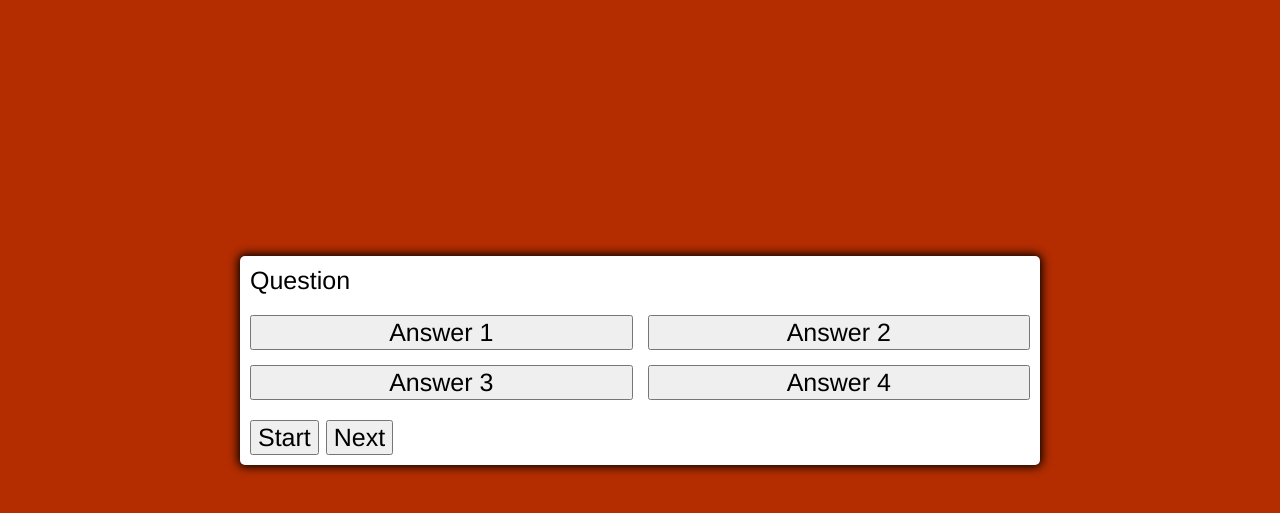
Repository: Vshepard879/Code-Quiz
Page: index.html
The author's editor kept a copy of each file at every save. The page is drawn from the files as they stood at one save, then again after the next save.
The browser window is 1280 px wide. The pictures show the whole page.

Above is the page before, as saved 2022-03-18 02:03:30.

### index.html
<!DOCTYPE html>
<html lang="en">
<head>
    <meta charset="UTF-8">
    <meta http-equiv="X-UA-Compatible" content="IE=edge">
    <meta name="viewport" content="width=device-width, initial-scale=1.0">
    <link href="./assets/css/style.css" link rel="stylesheet">
    <script defer src="./assets/js/script.js"></script>
    <title>Quiz App</title>
</head>
<body>
    <div class="container">
        <div id="question-container" class="hide">
            <div id="question-container" class="hide">
                <div id="question">Question</div>
                <div id="answer-buttons" class="btn-grid">
                <button class="btn">Answer 1</button>
                <button class="btn">Answer 2</button>
                <button class="btn">Answer 3</button>
                <button class="btn">Answer 4</button>
            </div>
        </div>
        <div class="controls">
            <button id="start-btn" class="start-btn btn">Start</button>
            <button id="next-btn" class="next-btn btn hide">Next</button>
        </div>
    </div>
</body>
</html>

### assets/css/style.css
*, *::before, *::after {
    box-sizing: border-box;
    font-family: 'Franklin Gothic Medium', 'Arial Narrow', Arial, sans-serif;
    font-size: 25px;
}

:root {
    --hue-neutral: 15;
    --hue-wrong: 0;
    --hue-correct: 145;
}

body {
    --hue: var(--hue-neutral);
    padding: 0;
    margin: 0;
    display: flex;
    width: 100vw;
    height: 100vh;
    justify-content:center;
    align-items:center;
    background-color:hsl(var(--hue), 100%, 35%);
}


body.correct {
    --hue: var(--hue-correct);
}

body.wrong {
    --hue: var(--hue-wrong);
}

.container {
    width: 800px;
    max-width: 70%;
    background-color: white;
    border-radius: 5px;
    padding: 10px;
    box-shadow: 0 0 10px 2px;
}

.btn-grid {
    display: grid;
    grid-template-columns: repeat(2, auto);
    gap: 15px;
    margin: 20px 0;
}

Loaded but not shown: assets/js/script.js (no stored copy; drawn as an empty file)

After the next save:
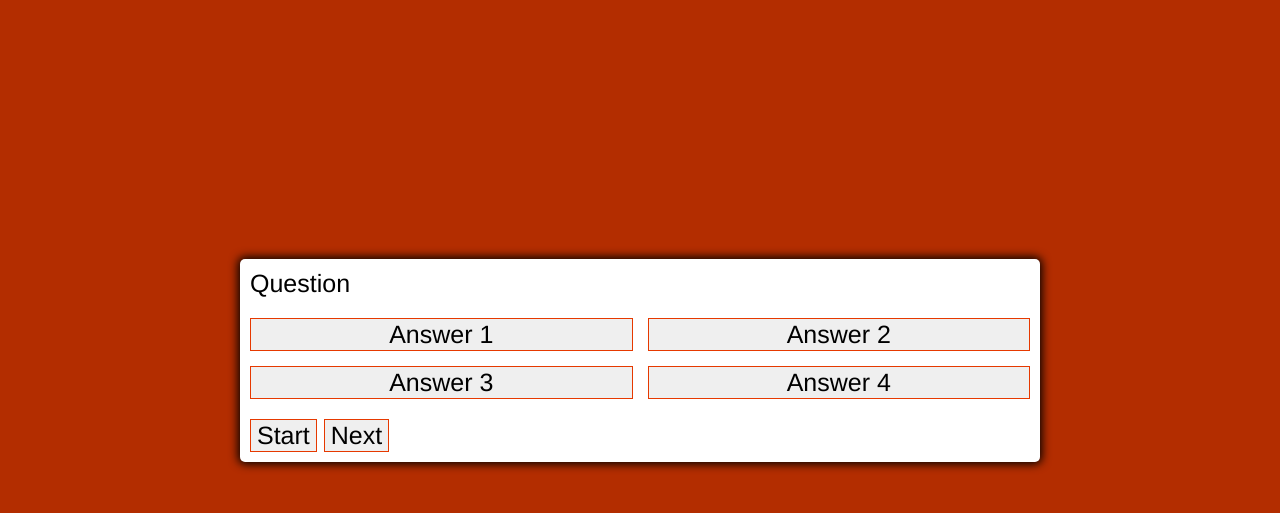
Saved 2 min 16 s later.
--- a/assets/css/style.css
+++ b/assets/css/style.css
@@ -46,3 +46,9 @@ body.wrong {
     gap: 15px;
     margin: 20px 0;
 }
+
+
+.btn {
+    --hue: var(--hue-neutral);
+    border: 1px solid hsl(var(--hue),100%, 45%);
+}
